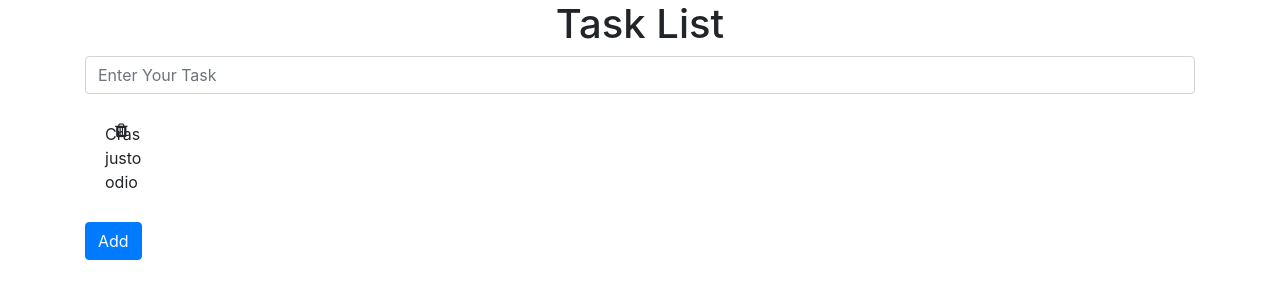
Repository: hoangphuong965/todolist
Page: index.html
The author's editor kept a copy of each file at every save. The page is drawn from the files as they stood at one save, then again after a run of saves.
The browser window is 1280 px wide. The pictures show the whole page.

Above is the page before, as saved 2020-09-04 14:15:46.

### index.html
<!DOCTYPE html>
<html lang="en">

<head>
     <meta charset="UTF-8">
     <meta name="viewport" content="width=device-width, initial-scale=1.0">
     <title>Document</title>
     <link rel="stylesheet" href="https://stackpath.bootstrapcdn.com/bootstrap/4.3.1/css/bootstrap.min.css"
          integrity="sha384-ggOyR0iXCbMQv3Xipma34MD+dH/1fQ784/j6cY/iJTQUOhcWr7x9JvoRxT2MZw1T" crossorigin="anonymous">
     <link rel="stylesheet" href="https://maxcdn.bootstrapcdn.com/font-awesome/4.7.0/css/font-awesome.min.css">
     <link rel="stylesheet" href="style.css">
</head>

<body>
     <div class="container">
          <h1 class="text-center">Task List</h1>
          <form class="form">
               <div class="form-group ">
                    <input type="text" class="form-control" style="outline-color: black;" placeholder="Enter Your Task">
               </div>
               <div class="list">
                    <ol class="list-group list-group-flush">
                         <li class="list-group-item tst">
                              <p>Cras justo odio</p>
                              <i class="fa fa-trash" aria-hidden="true"></i>
                         </li>
                    </ol>
               </div>
               <button type="submit" class="btn btn-primary">Add</button>
          </form>
     </div>
     <script src="app.js"></script>
</body>

</html>

### style.css
.tst {
  display: grid;
  grid-template-columns: 10px 10px;
}

### app.js
const input = document.querySelector("input");
let html = document.querySelector(".list");

const form = document.querySelector(".form");
form.addEventListener("submit", (e) => {
  e.preventDefault();
  add();
});


const add = () => {
  let ul = `
          <ol class="list-group list-group-flush">
               <li class="list-group-item">${input.value}</li>

          </ol>
     `;
  input.value = "";
  html.innerHTML += ul;
};

After the next 2 saves:
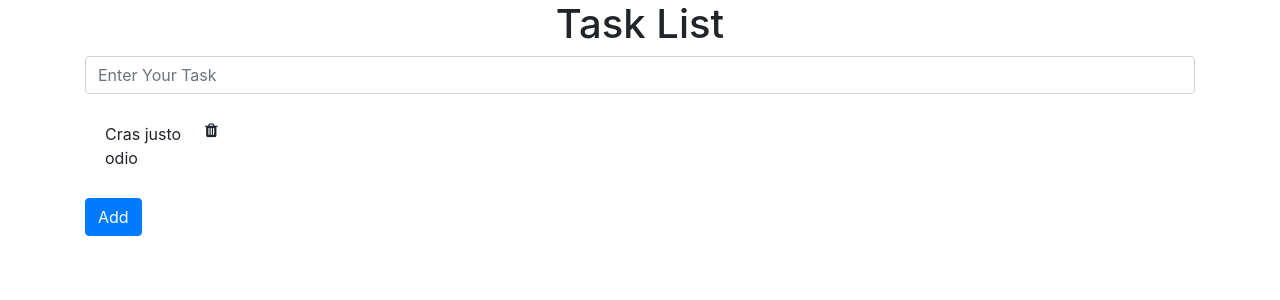
The 2 saves are shown as one change because they came seconds apart.
The last was saved 7 s later.
--- a/style.css
+++ b/style.css
@@ -1,4 +1,4 @@
 .tst {
   display: grid;
-  grid-template-columns: 10px 10px;
+  grid-template-columns: 100px 100px;
 }
